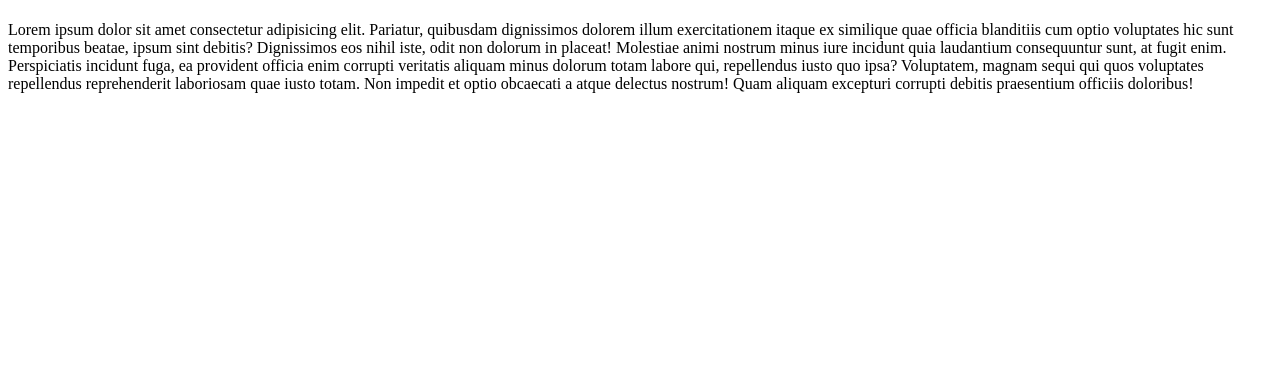
Repository: teban004/COMP1006---W2017
Page: index.html
An editor plug-in stored every save of this project. The page is shown before and after the next save, followed by the edit.
The browser window is 1280 px wide. The pictures show the whole page.

Above is the page before, as saved 2022-01-02 01:07:21.

After the next save:
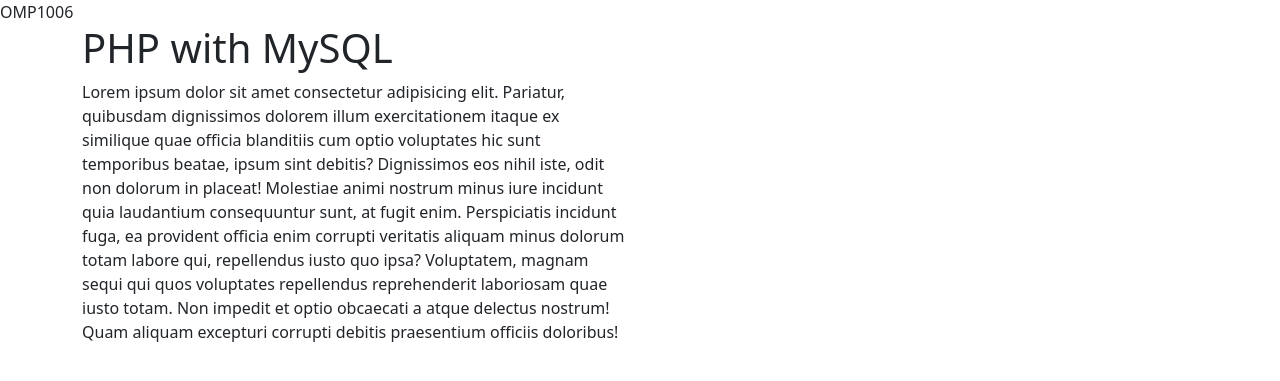
Saved 12 h 18 min later.
--- a/index.html
+++ b/index.html
@@ -3,19 +3,33 @@
 <head>
     <meta charset="utf-8">
     <meta name="viewport" content="width=device-width, initial-scale=1">
-    <title>Hello, World</title>
+OMP1006</title>
     <!-- CSS Section -->
+    <link rel="stylesheet" href="/Scripts/lib/bootstrap/dist/css/bootstrap.min.css">
+    <link rel="stylesheet" href="/Scripts/lib/font-awesome/css/fontawesome.css">
+    <link rel="stylesheet" href="/Content/app.css">
+
+
+
+
     <link rel="stylesheet" href="/Content/app.css">
         <rel></rel>
     </link>
 </head>
 <body>
-    <div>
-        <h1></h1>
-        <p>Lorem ipsum dolor sit amet consectetur adipisicing elit. Pariatur, quibusdam dignissimos dolorem illum exercitationem itaque ex similique quae officia blanditiis cum optio voluptates hic sunt temporibus beatae, ipsum sint debitis? Dignissimos eos nihil iste, odit non dolorum in placeat! Molestiae animi nostrum minus iure incidunt quia laudantium consequuntur sunt, at fugit enim. Perspiciatis incidunt fuga, ea provident officia enim corrupti veritatis aliquam minus dolorum totam labore qui, repellendus iusto quo ipsa? Voluptatem, magnam sequi qui quos voluptates repellendus reprehenderit laboriosam quae iusto totam. Non impedit et optio obcaecati a atque delectus nostrum! Quam aliquam excepturi corrupti debitis praesentium officiis doloribus!</p>
+    <div class="container">
+        <div class="row">
+            <div class="col-md-offset-3 col-md-6">
+                <h1>PHP with MySQL</h1>
+                <p>Lorem ipsum dolor sit amet consectetur adipisicing elit. Pariatur, quibusdam dignissimos dolorem illum exercitationem itaque ex similique quae officia blanditiis cum optio voluptates hic sunt temporibus beatae, ipsum sint debitis? Dignissimos eos nihil iste, odit non dolorum in placeat! Molestiae animi nostrum minus iure incidunt quia laudantium consequuntur sunt, at fugit enim. Perspiciatis incidunt fuga, ea provident officia enim corrupti veritatis aliquam minus dolorum totam labore qui, repellendus iusto quo ipsa? Voluptatem, magnam sequi qui quos voluptates repellendus reprehenderit laboriosam quae iusto totam. Non impedit et optio obcaecati a atque delectus nostrum! Quam aliquam excepturi corrupti debitis praesentium officiis doloribus!</p>
+            </div>
+        </div>
+
     </div>
 
     <!-- JavaScript Section-->
+    <script src="/Scripts/lib/jquery/dist/jquery.min.js"></script>
+    <script src="/Scripts/lib/bootstrap/dist/js/bootstrap.min.js"></script>
     <script src="/Scripts/app.js"></script>
 </body>
 </html>
